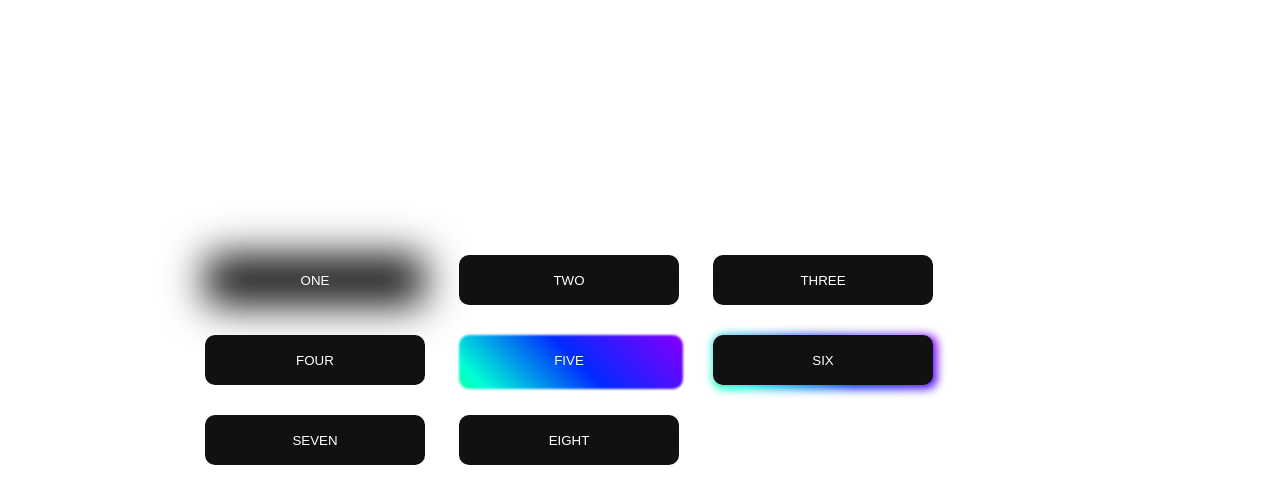
Repository: DanyalNajeeb/dns-button
Page: index.html
An editor plug-in stored every save of this project. The page is shown before and after the next save, followed by the edit.
The browser window is 1280 px wide. The pictures show the whole page.

Above is the page before, as saved 2021-01-11 16:09:19.

### index.html
<html lang="en">
<head>
    <meta charset="UTF-8">
    <meta name="viewport" content="width=device-width, initial-scale=1.0">
    <meta http-equiv="X-UA-Compatible" content="ie=edge">
    <link rel="stylesheet" href="css/style.css">
    <link rel="stylesheet" href="css/dns-button.css">
</head>
<body>

  <div class="row container">
        <button class="dns-button blurIt "> ONE</button>
        <button class="dns-button blurItHover"> TWO</button>
        <button class="dns-button zoomInBlur"> THREE</button>
        <button class="dns-button zoomInBack"> FOUR</button>
        <button class="dns-button rainbow"> FIVE</button>
        <button class="dns-button rainbowBorder"> SIX</button>
        <button class="dns-button glowOnHover"> SEVEN</button>
        <button class="dns-button slideIn"> EIGHT</button>



  </div>




    <script src="js/dns-button.js"></script>
</body>
</html>

### css/style.css
.container{
    width: 900px;
    position: absolute;
    top: 50%;
    left: 50%;
    transform: translate(-50%,-50%);


}
button{
    width: 220px;
    height: 50px;
    border: none;
    outline: none;
    color: #fff;
    background: #111;
    cursor: pointer;
    position: relative;
    z-index: 0;
    margin: 15px;

}

### css/dns-button.css

.dns-button{
    background:none;
    border: none;
    outline: none;
}
.dns-button:before{
    content: '';
    background: #111;
    border-radius: 10px;
    width: 100%;
    height: 100%;
    position: absolute;
    z-index: -1;
    top: 0;
    left: 0;
}
.dns-button.blurItHover::before{
    transition: 0.3s;
}
.dns-button.blurItHover:hover:before{

    filter: blur(10px);
}
.dns-button.blurItHover:hover{
    filter: blur(1px);
}

.dns-button.blurIt:before{
    filter: blur(20px);
}
/* .zoomInBack:hover::before{
    background: linear-gradient(to right, white,green,black);

} */
.dns-button.zoomInBlur::before{
    transition: 0.3s;
}
/* .dns-button.zoomInBlur:hover{
    filter: blur(1px);
} */
.dns-button.zoomInBlur:hover::before{
    animation: zoom-in-blur 0.5s;
    filter: blur(20px);
    transform: scaleY(1);
    /* filter: blur(30px); */
}
.dns-button.zoomInBack:hover{
    animation: zoom-in-back 0.5s;

}

.dns-button.rainbow:before{
    background: linear-gradient(45deg, #ff0000, #ff7300, #fffb00, #48ff00, #00ffd5, #002bff, #7a00ff, #ff00c8, #ff0000);
    background-size: 400%;
    z-index: -1;
    filter: blur(1px);
    /* opacity: 0; */
    width: calc(100% + 4px);
    height: calc(100% + 4px);
    animation: glowing 20s linear infinite;
    /* transition: opacity .3s ease-in-out; */
}
.dns-button.rainbow:active {
    color: #000

}
.dns-button.rainbowBorder:before{
    background: linear-gradient(45deg, #ff0000, #ff7300, #fffb00, #48ff00, #00ffd5, #002bff, #7a00ff, #ff00c8, #ff0000);
        background-size: 400%;
        z-index: -1;
        filter: blur(5px);
        /* opacity: 0; */
        width: calc(100% + 4px);
        height: calc(100% + 4px);
        animation: glowing 20s linear infinite;
}
.dns-button.rainbowBorder:after {
    z-index: -1;
    content: '';
    position: absolute;
    width: 100%;
    height: 100%;
    background: #111;
    left: 0;
    top: 0;
    border-radius: 10px;
}
.dns-button.glowOnHover:before {
        background: linear-gradient(45deg, #ff0000, #ff7300, #fffb00, #48ff00, #00ffd5, #002bff, #7a00ff, #ff00c8, #ff0000);
        background-size: 400%;
        z-index: -1;
        filter: blur(5px);
        opacity: 0;
        width: calc(100% + 4px);
        height: calc(100% + 4px);
        animation: glowing 20s linear infinite;
        transition: opacity .3s ease-in-out;
}
.dns-button.glowOnHover:active {
    color: #000
}
.dns-button.glowOnHover:active:after {
    background: transparent;
}
.dns-button.glowOnHover:hover:before {
    opacity: 1;
}
.dns-button.glowOnHover:after {
    z-index: -1;
    content: '';
    position: absolute;
    width: 100%;
    height: 100%;
    background: #111;
    left: 0;
    top: 0;
    border-radius: 10px;
}

.dns-button.slideIn{
    display: inline-block;
  padding: .75rem 1.25rem;
  border-radius: 10rem;
  color: #fff;
  text-transform: uppercase;

  transition: all .3s;
}
@keyframes glowing {
    0% { background-position: 0 0; }
    50% { background-position: 400% 0; }
    100% { background-position: 0 0; }
}
@keyframes zoom-in-blur{
    0%{
        transform: scaleY(1);

    }
     60%{
        transform: scaleY(1.5);
    }
    80%{
        transform: scaleY(0.9);
        filter: blur(20px);
    }
     100%{
        transform: scaleY(1);
        filter: blur(20px);
     }
}
@keyframes zoom-in-back{
    0%{
        transform: scale(1);
    }
     60%{
        transform: scale(1.5);
    }
    80%{
        transform: scale(0.9);
    }
     100%{
        transform: scale(1);
    }
}

Loaded but not shown: js/dns-button.js (no stored copy; drawn as an empty file)

After the next save:
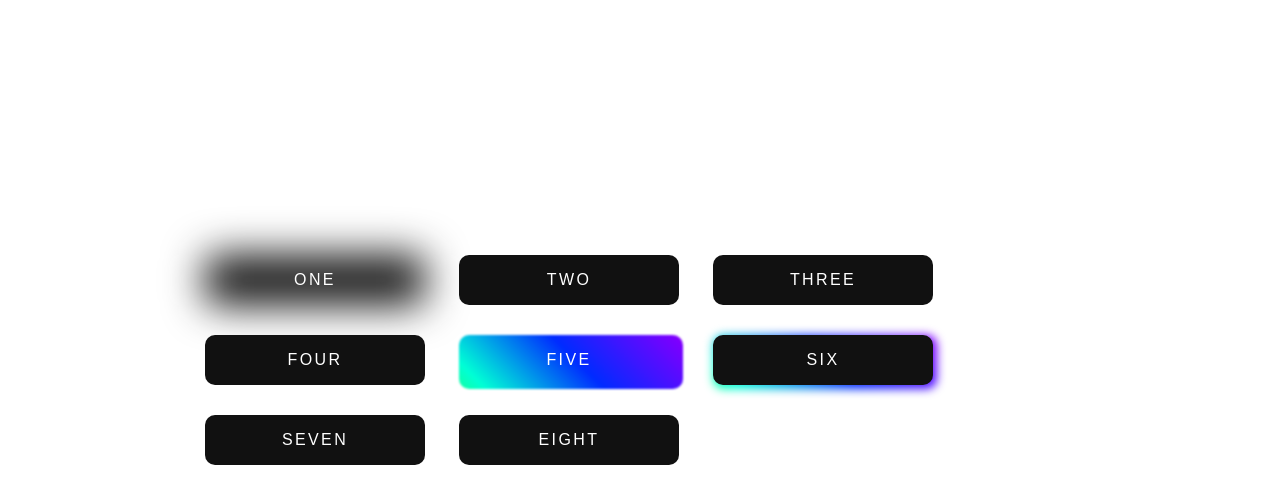
Saved 3 s later.
--- a/css/style.css
+++ b/css/style.css
@@ -18,5 +18,6 @@ button{
     position: relative;
     z-index: 0;
     margin: 15px;
-
+    font-size: 1rem;
+    letter-spacing: .15rem;
 }
